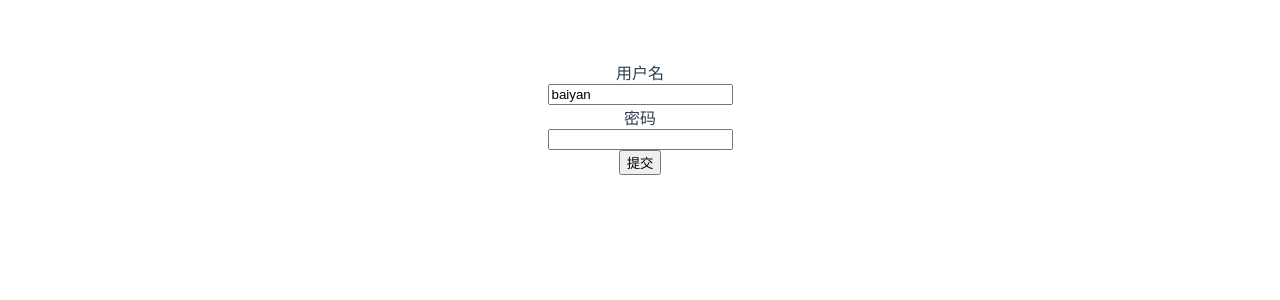
Repository: lxl0302/ClassBegin_-sound_code
Page: /#/kform
The author's editor kept a copy of each file at every save. The page is drawn from the files as they stood at one save, then again after the next save.
The browser window is 1280 px wide. The pictures show the whole page.
The project was rebuilt for these pictures with package versions that can differ from the ones it lists, and the page was loaded fresh each time.

Above is the page before, as saved 2020-07-08 10:28:28.

### src/App.vue
<template>
  <div id="app">
    <HelloWorld />
  </div>
</template>

<script>
import HelloWorld from './form/index'

export default {
  name: 'App',
  components: {
    HelloWorld
  }
}
</script>

<style>
#app {
  font-family: Avenir, Helvetica, Arial, sans-serif;
  -webkit-font-smoothing: antialiased;
  -moz-osx-font-smoothing: grayscale;
  text-align: center;
  color: #2c3e50;
  margin-top: 60px;
}
</style>

### src/form/index.vue
<template>
  <div class="zong">
    <k-form :model="model" :rules="rules" ref="loginForm">
      <k-form-item label="用户名" prop="username">
        <k-input v-model="model.username" autocomplete="off"></k-input>
      </k-form-item>
      <k-form-item label="密码" prop="password">
        <k-input type="password" v-model="model.password" autocomplete="off"></k-input>
      </k-form-item>
      <k-form-item>
        <button @click="submitForm('loginForm')">提交</button>
      </k-form-item>
    </k-form>
  </div>
</template>

<script>
import KForm from './Form'
import KFormItem from './FromItem'
import KInput from './Input'
export default {
  name: '',
  components: {
    KForm,
    KFormItem,
    KInput
  },
  data() {
    return {
      model: {username: "baiyan", password: ""},
      rules: {
        username: [{required: true, message: "请输入用户名"}],
        password: [{required: true, message: "请输入密码"}]
      }
    }
  },
  methods: {
    submitForm(form) {
      this.$refs[form].validate(valid => {
        if(valid) {
          alert('登陆成功')
        } else {
          alert('登陆失败')
        }
      });
    }
  }
}
</script>
<style scoped>
.zong{
  height: 100%;
  width: 100%;
  text-align: center;
}
</style>

### src/form/Form.vue
<template>
  <div class>
    <slot></slot>
  </div>
</template>

<script>
export default {
  name: 'Form',
  provide() {
    return {
      form: this
    }
  },
  props: {
    model: {
      model: { // 数据
        type: Object,
        required: true
      },
      rules: { // 校验规则
        type: Object,
      }
    }
  },
  methods: {
    // 校验的最后结果
    validate(cb) {
      const tasks = this.$children
        .filter(item => item.prop)
        .map(item => item.validate())

      // 所有任务都通过才算校验通过
      Promise.all(tasks)
        .then(() => cb(true))
        .catch(() => cb(false))
    }
  }
}
</script>
<style scoped>
</style>

### src/form/FromItem.vue
<template>
  <div class>
    <label v-if="label">{{label}}</label>
    <slot></slot>
    <p v-if="errorMessage">{{errorMessage}}</p>
  </div>
</template>

<script>
import Schema from 'async-validator'
export default {
  name: 'FromItem',
  inject: ['form'],
  props: {
    label: {
      type: String,
      default: ''
    },
    prop: {
      type: String
    }
  },
  data() {
    return {
      errorMessage: ''
    }
  },
  mounted() {
    this.$on('validate', () => {
      this.validate
    })
  },
  methods: {
    validate() {
      // 做校验
      const value = this.form.model[this.prop]
      const rules = this.form.rules[this.prop]
      const desc = { [this.prop]: rules }
      const schema = new Schema(desc)
      // return的是校验结果的Promise
      return schema.validate({ [this.prop]: value }, errors => {
        if (errors) {
          this.errorMessage = errors[0].message
        } else {
          this.errorMessage = ''
        }
      })
    }
  }
}
</script>
<style scoped>
</style>

### src/form/Input.vue
<template>
  <div class>
    <input :value="value" @input="changeMethods" v-bind="$attrs">
  </div>
</template>

<script>
export default {
  name: '',
  components: {},
  props: {
    value: {
      type: String
    }
  },
  computed: {},
  mounted() {},
  methods: {
    changeMethods(e) {
      this.$emit('input', e.target.value)
      // 将值返给fomritem 做校验
      this.$parent.$emit('validate')
    }
  }
}
</script>
<style scoped>
</style>

Loaded but not shown: public/index.html (common file); src/main.js (common file)

After the next save:
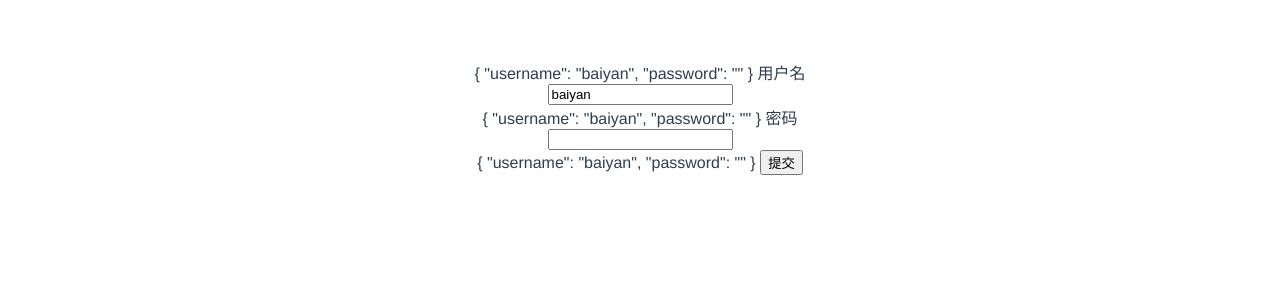
Saved 51 s later.
--- a/src/form/FromItem.vue
+++ b/src/form/FromItem.vue
@@ -1,5 +1,7 @@
 <template>
   <div class>
+    {{form.model}}
+    {{form.rules}}
     <label v-if="label">{{label}}</label>
     <slot></slot>
     <p v-if="errorMessage">{{errorMessage}}</p>
